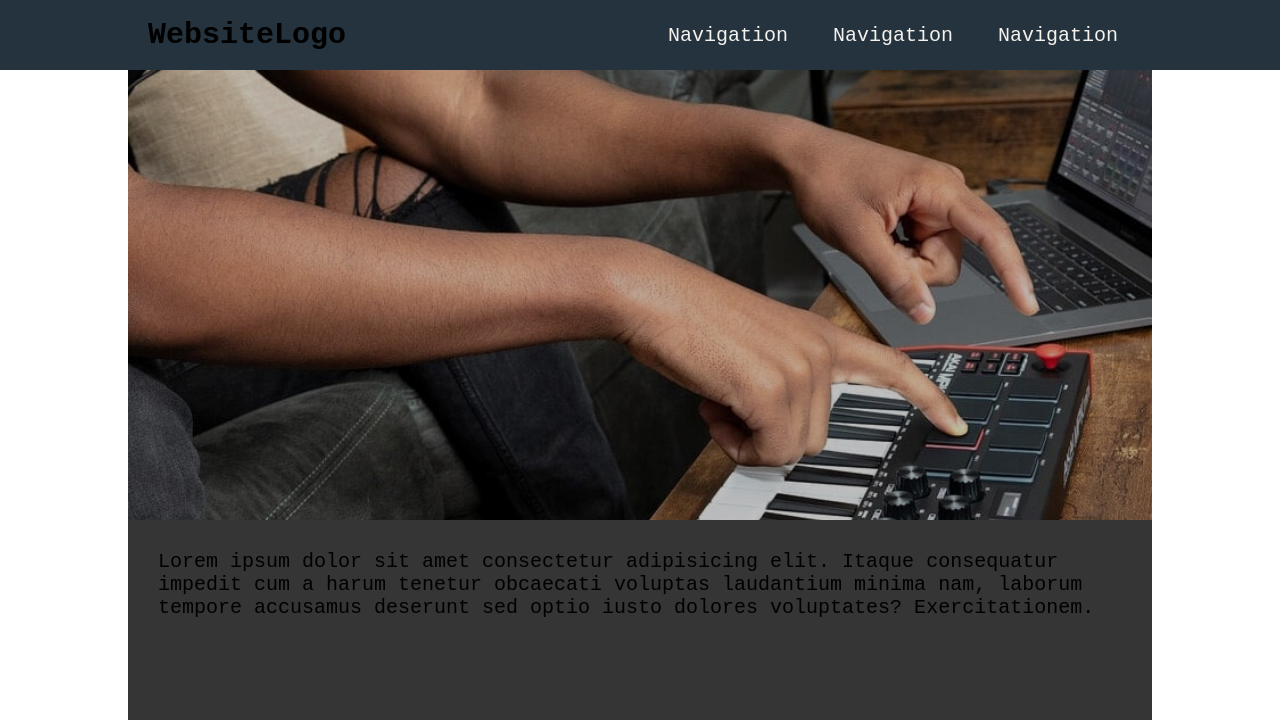
Repository: piotrokrutniak/Projekt-Studia
Page: index.html
These files come from the project's save history. The page is drawn as it stood at one moment and after the next save; the edit follows.
The browser window is 1280 px wide. The pictures show the whole page.

Above is the page before, as saved 2023-03-04 14:12:58.

### index.html
<!DOCTYPE html>
<head>
    <meta charset="UTF-8" />
    <meta http-equiv="X-UA-Compatible" content="IE=edge" />
    <meta name="viewport" content="width=device-width, initial-scale=1.0" />
    <link rel="stylesheet" type="text/css" href="styles.css" />
    <title>Website Title</title>
</head>
<body>
    <div class="navbar-container">
        <div class="navbar">
            <div class="logo">
                <div class="logo-contents">
                    WebsiteLogo
                </div>
            </div>
            <div class="navigation">
                <a href="/index" class="navigation-link">
                    <div class="navigation-button">
                        Navigation
                    </div>
                </a>
                <a href="/index" class="navigation-link">
                    <div class="navigation-button">
                        Navigation
                    </div>
                </a>
                <a href="/index" class="navigation-link">
                    <div class="navigation-button">
                        Navigation
                    </div>
                </a>
            </div>
        </div>
    </div>

    <div class="main-section">
        <div class="carousel-section">
            <img class="carousel-img" src="img/Hero-2.jpg" alt="MIDI controller on a table">
            <div class="carousel-desc">
                Lorem ipsum dolor sit amet consectetur adipisicing elit. Itaque consequatur impedit cum a harum tenetur obcaecati voluptas laudantium minima nam, laborum tempore accusamus deserunt sed optio iusto dolores voluptates? Exercitationem.

            </div>
        </div>
        <div class="text-section">
        Lorem ipsum dolor sit amet consectetur adipisicing elit. Itaque consequatur impedit cum a harum tenetur obcaecati voluptas laudantium minima nam, laborum tempore accusamus deserunt sed optio iusto dolores voluptates? Exercitationem.
        </div>
    </div>
</body>

### styles.css
:root{
    --nav-link-width: 150px;
}

body{
    font-family: monospace;
    margin: 0;
    min-width: 328px;
}

.navbar-container{
    width: 100%;
    height: 70px;
    background: rgb(36, 51, 61);
    position: sticky;
    top: 0;
    max-width: 100%;
    overflow: hidden;

}

.navbar{
    position: relative;
    max-width: 1024px;
    min-width: 328px;
    height: 50px;
    top: 0px;
    margin: auto;
    display: flex;
    flex-direction:row;
    justify-content: space-between;
    top: 50%;
    -ms-transform: translateY(-50%);
    transform: translateY(-50%);
    font-size: 20px;
}

a{
    text-decoration: none;
    color:rgba(245, 242, 238);
}

.navigation{
    display: grid;
    grid-template-columns: var(--nav-link-width) var(--nav-link-width) var(--nav-link-width);
    grid-gap: 15px;
    padding-right: 20px;
}

.navigation-link{
    position: relative;
    padding-left: 15px;
    padding-right: 15px;
    transition: 0.15s;
    transition-timing-function: ease-in-out;
    border: 1px solid;
    border-radius: 5px;
    border-color: rgba(255, 255, 255, 0);
}

.navigation-link:hover{
    border-color: rgba(255, 255, 255, 0.103);

}

.navigation-button{
    text-align: center;
    position: relative;
    top: 50%;
    -ms-transform: translateY(-50%);
    transform: translateY(-50%);
}

.logo{
    position: relative;
    height: 49px;
    padding-left: 20px;
    padding-right: 20px;
    font-weight: 900;
    font-size: 30px;
}

.logo-contents{
    text-align: center;
    position: relative;
    top: 50%;
    -ms-transform: translateY(-50%);
    transform: translateY(-50%);
}

.main-section{
    position: relative;
    max-width: 1024px;
    min-width: 328px;
    min-height: calc(100vh - 70px);
    margin: auto;
    font-size: 20px;
    background: rgb(53, 53, 53);
}

.carousel-section{
    position: relative;
    width: 100%;
    height: 450px;
    background: floralwhite;
}

@media screen and (max-width:750px){
    .carousel-section{
        min-height: 300px;
        height: auto;
    }
}

.carousel-section{
    background: black;
    max-width: 100%;
    width: 100%;
    text-align:center;
    position: sticky;
    margin: auto;
    max-height:calc(100vh - 80px);
    min-height: 250px;
    overflow: hidden;
}

.carousel-img{
    width: 100%;
    max-height:calc(100vh - 80px);
    display: flex;
    position: sticky;
    flex-shrink:0;
    object-fit:cover;
    min-height: 250px;

    object-fit: cover;
    opacity: 0.75;
}

.carousel-desc{
    position: absolute;
    width: 100%;
    background: rgba(0, 0, 0, 0.315);
    height: 25%;
    min-height: 50px;
    width: 100%;
}

.text-section{
    padding: 30px;
}

After the next save:
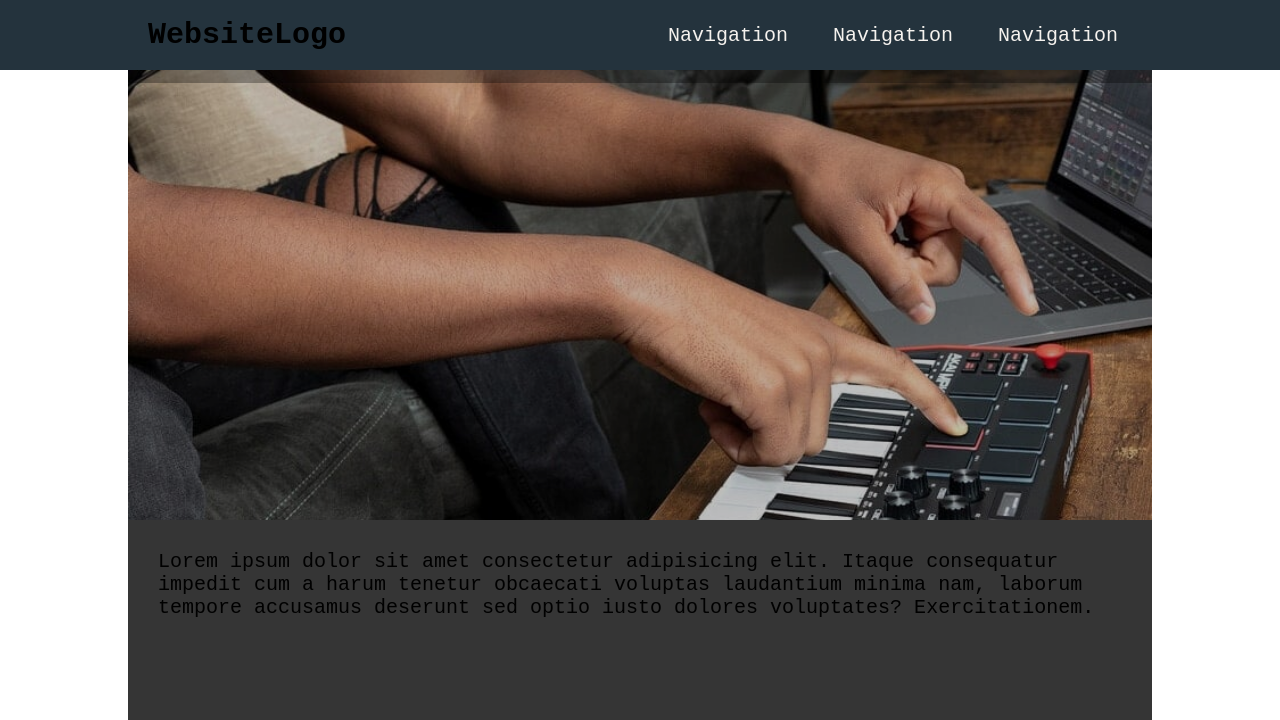
Saved 19 s later.
--- a/styles.css
+++ b/styles.css
@@ -139,6 +139,7 @@ a{
 
 .carousel-desc{
     position: absolute;
+    top: -100px;
     width: 100%;
     background: rgba(0, 0, 0, 0.315);
     height: 25%;

After the save that followed:
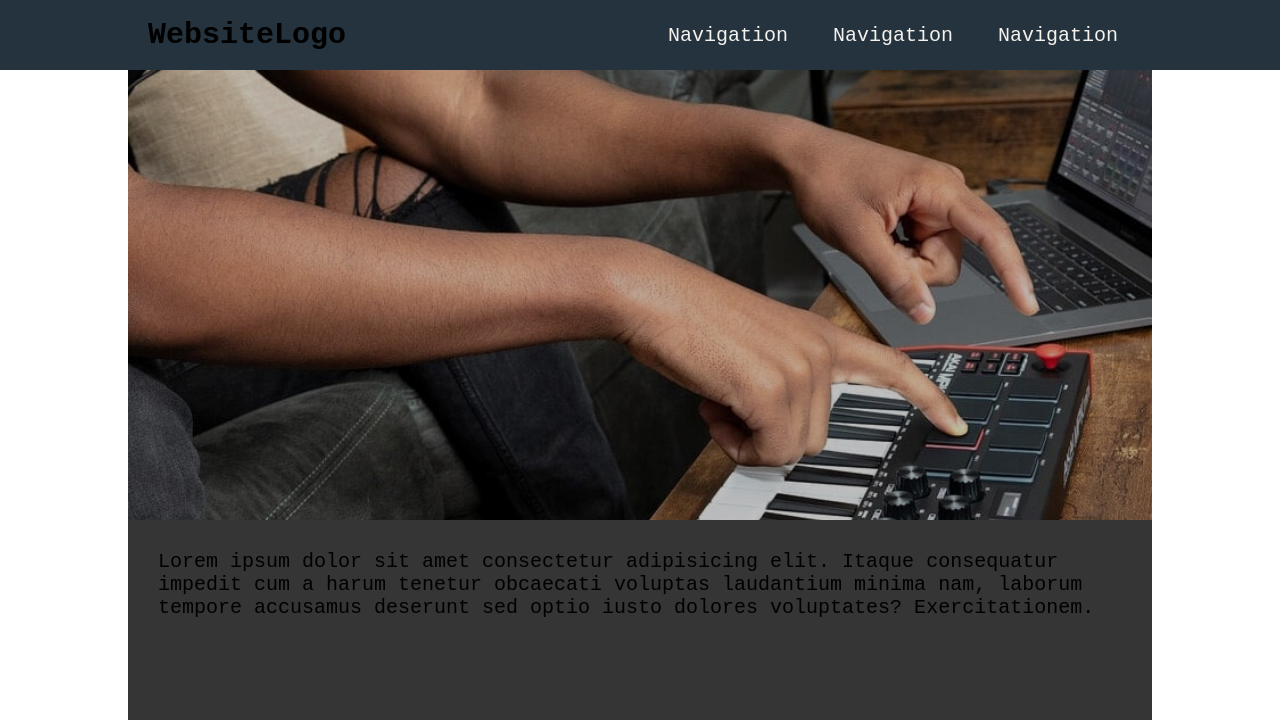
Saved 7 s later.
--- a/styles.css
+++ b/styles.css
@@ -139,7 +139,7 @@ a{
 
 .carousel-desc{
     position: absolute;
-    top: -100px;
+    top: -200px;
     width: 100%;
     background: rgba(0, 0, 0, 0.315);
     height: 25%;
